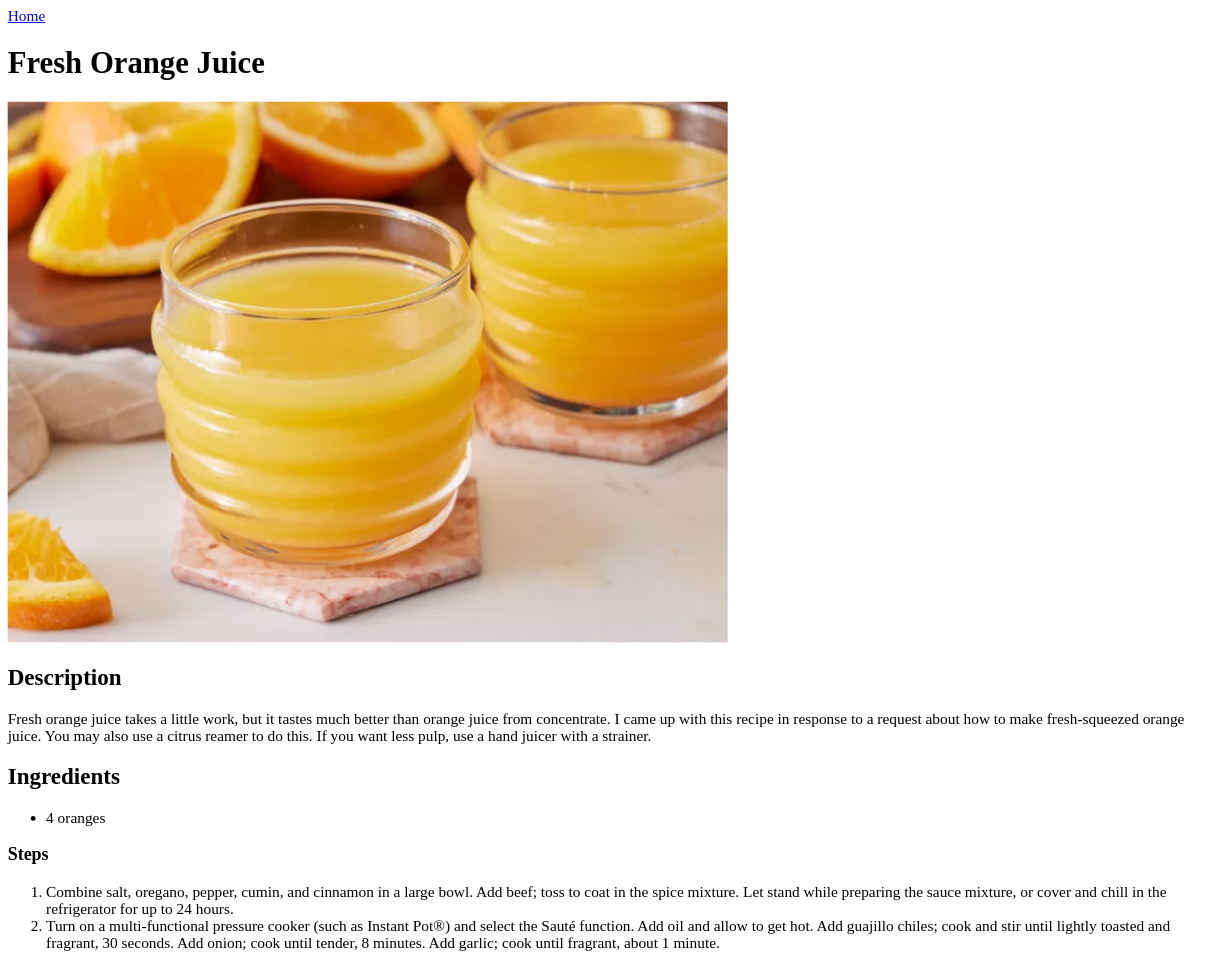
Repository: itsDevAK/odin-recipes
Page: recipes/orange-juice.html
An editor plug-in stored every save of this project. The page is shown before and after the next save, followed by the edit.
The browser window is 1280 px wide. The pictures show the whole page, at 96% of full size.

Above is the page before, as saved 2026-09-17 13:16:37.

### recipes/orange-juice.html
<!DOCTYPE html>
<html lang="en">
<head>
    <meta charset="UTF-8">
    <meta name="viewport" content="width=device-width, initial-scale=1.0">
    <title>Beef Birria Nachos</title>
</head>
<body>
    <a href="../index.html">Home</a>
    <h1>Fresh Orange Juice</h1>
    <img src="../images/orange-juice.webp" alt="">
    <h2>Description</h2>
    <p>Fresh orange juice takes a little work, but it tastes much better than orange juice from concentrate. I came up with this recipe in response to a request about how to make fresh-squeezed orange juice. You may also use a citrus reamer to do this. If you want less pulp, use a hand juicer with a strainer.</p>
    <h2>Ingredients</h2>
    <ul>
        <li>4 oranges</li>
    </ul>
    <h3>Steps</h3>
    <ol>
        <li>Combine salt, oregano, pepper, cumin, and cinnamon in a large bowl. Add beef; toss to coat in the spice mixture. Let stand while preparing the sauce mixture, or cover and chill in the refrigerator for up to 24 hours.</li>
        <li>Turn on a multi-functional pressure cooker (such as Instant Pot®) and select the Sauté function. Add oil and allow to get hot. Add guajillo chiles; cook and stir until lightly toasted and fragrant, 30 seconds. Add onion; cook until tender, 8 minutes. Add garlic; cook until fragrant, about 1 minute.</li>

    </ol>
</body>
</html>

After the next save:
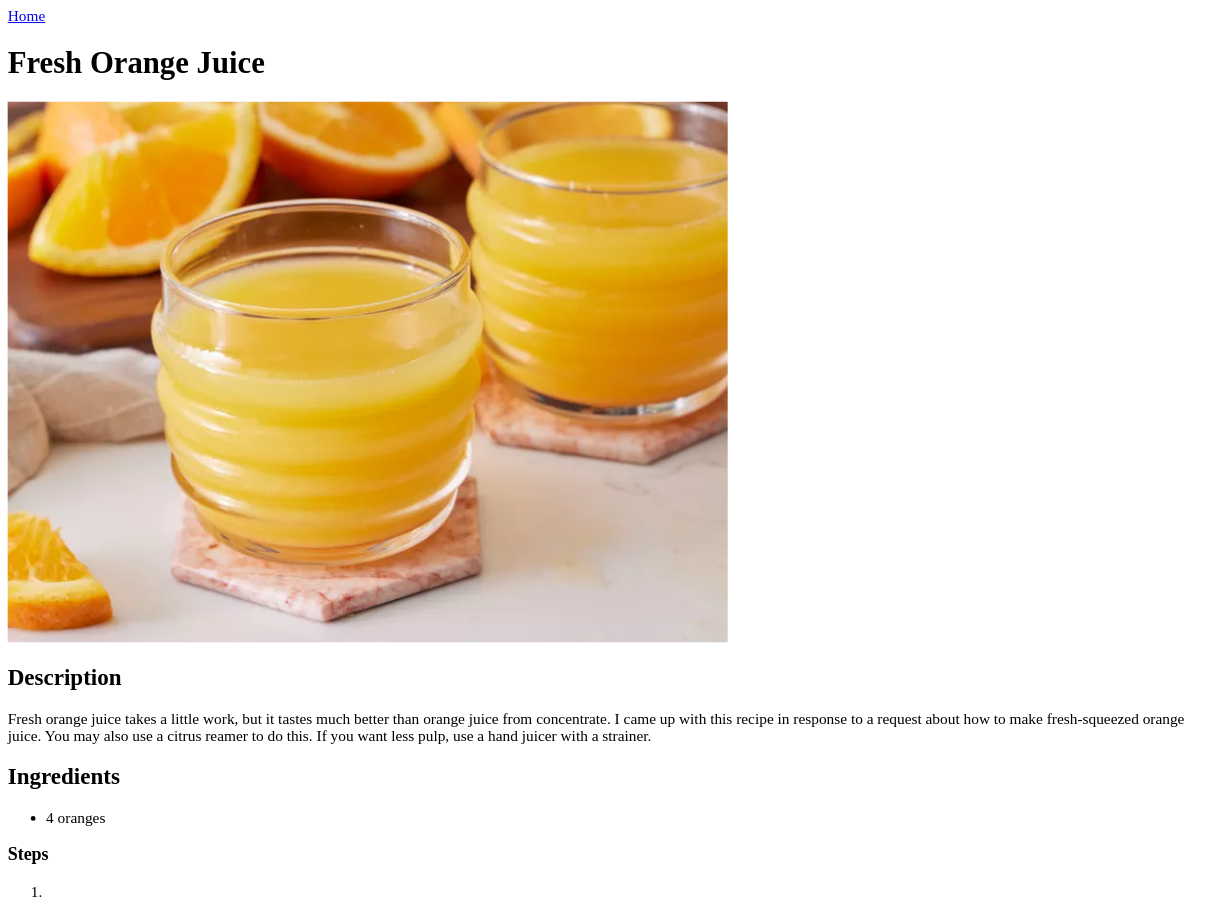
Saved 7 s later.
--- a/recipes/orange-juice.html
+++ b/recipes/orange-juice.html
@@ -17,9 +17,7 @@
     </ul>
     <h3>Steps</h3>
     <ol>
-        <li>Combine salt, oregano, pepper, cumin, and cinnamon in a large bowl. Add beef; toss to coat in the spice mixture. Let stand while preparing the sauce mixture, or cover and chill in the refrigerator for up to 24 hours.</li>
-        <li>Turn on a multi-functional pressure cooker (such as Instant Pot®) and select the Sauté function. Add oil and allow to get hot. Add guajillo chiles; cook and stir until lightly toasted and fragrant, 30 seconds. Add onion; cook until tender, 8 minutes. Add garlic; cook until fragrant, about 1 minute.</li>
-
+        <li></li>
     </ol>
 </body>
 </html>
